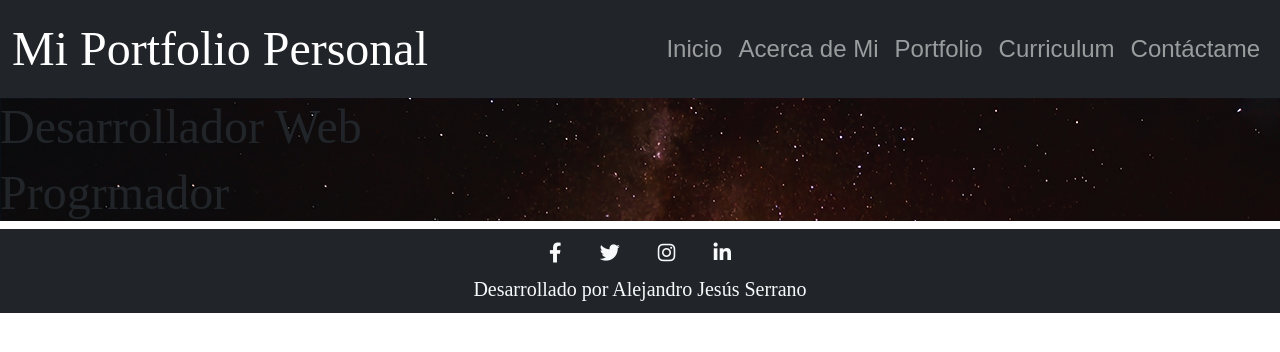
Repository: AlejandroJesusSerrano/portfolio
Page: portfolio/core/templates/core/home.html
The author's editor kept a copy of each file at every save. The page is drawn from the files as they stood at one save, then again after the next save.
The browser window is 1280 px wide. The pictures show the whole page.
Some web fonts or font styles are not loaded; a fallback is used. The template is drawn by Django 4.2. The application's start-up code is not run. The template is opened directly, without the code that normally fills it, so the values that code supplies are empty.

Above is the page before, as saved 2023-09-06 08:56:18.

After the next save:
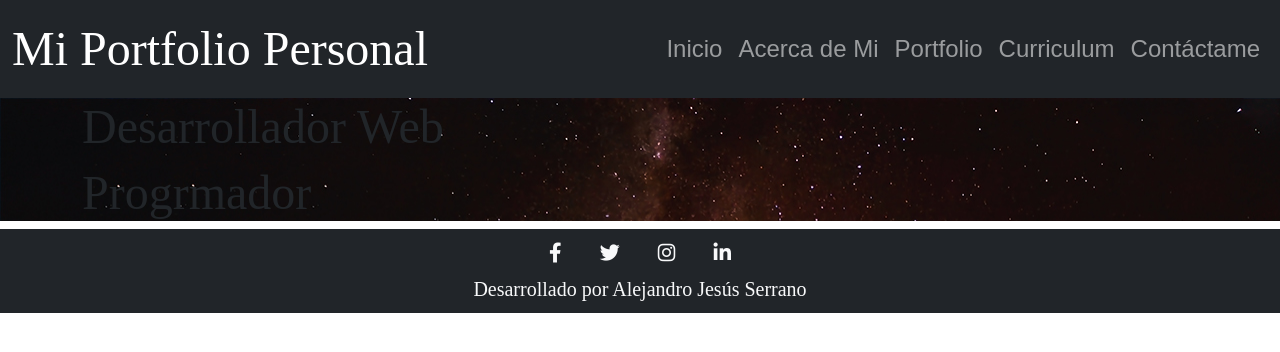
Saved 54 s later.
--- a/portfolio/core/templates/core/home.html
+++ b/portfolio/core/templates/core/home.html
@@ -5,7 +5,9 @@
 
 {% block content %}
 <div class="home bkg-img">
-  <h3 class="brand">Desarrollador Web</h3>
-  <h3 class="brand">Progrmador</h3>
+  <div class="container">
+    <h3 class="brand">Desarrollador Web</h3>
+    <h3 class="brand">Progrmador</h3>
+  </div>
 </div>
 {% endblock content %}
